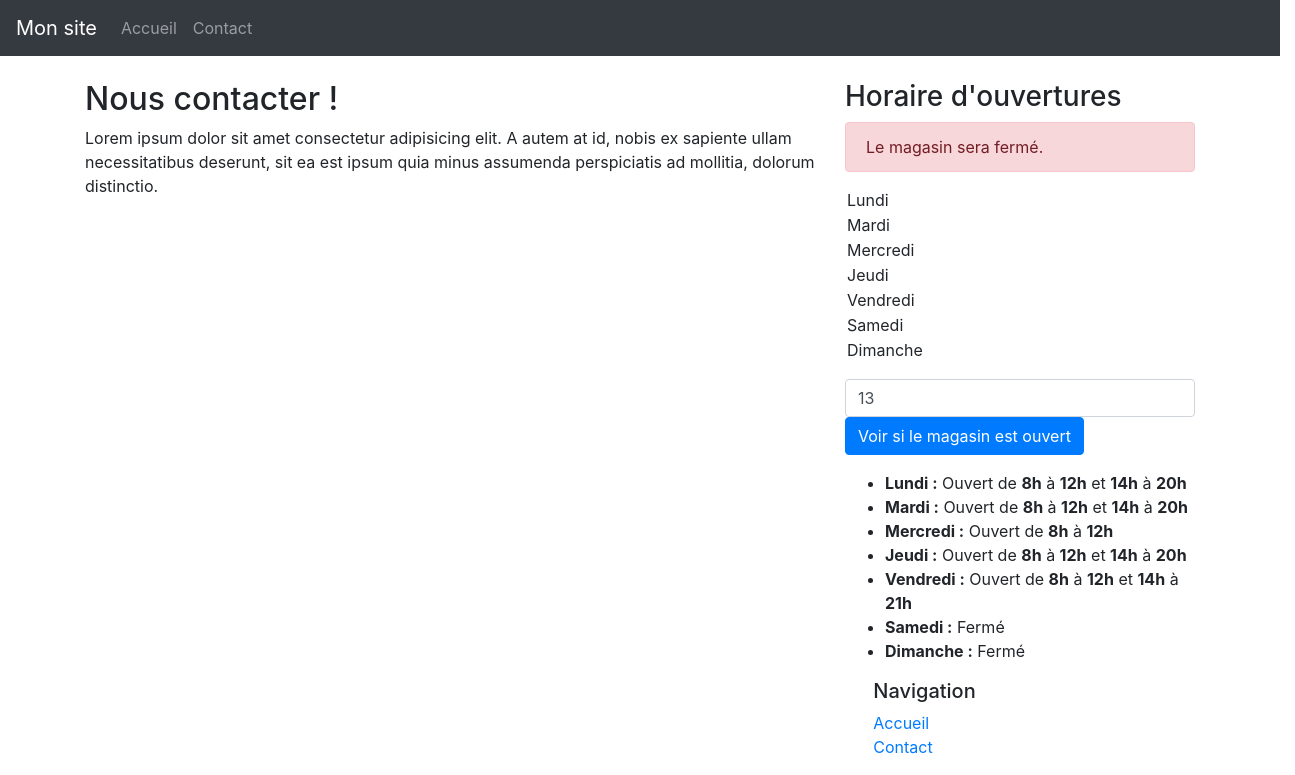
Repository: Alex-Serky/Backend_PHP
Page: http://localhost/contact.php
The author's editor kept a copy of each file at every save. The page is drawn from the files as they stood at one save, then again after the next save.
The browser window is 1280 px wide. The page is 1295 px wide, then 1280 px, then 1295 px, so the pictures cover 1295 px, including what lies to the right of the window. The pictures show the whole page.
Some web libraries are served in a nearby version. The page is run by PHP 8.4 with error messages shown; the project is at /var/www/html/.

Above is the page before, as saved 2020-07-20 23:48:27.

After the next save:
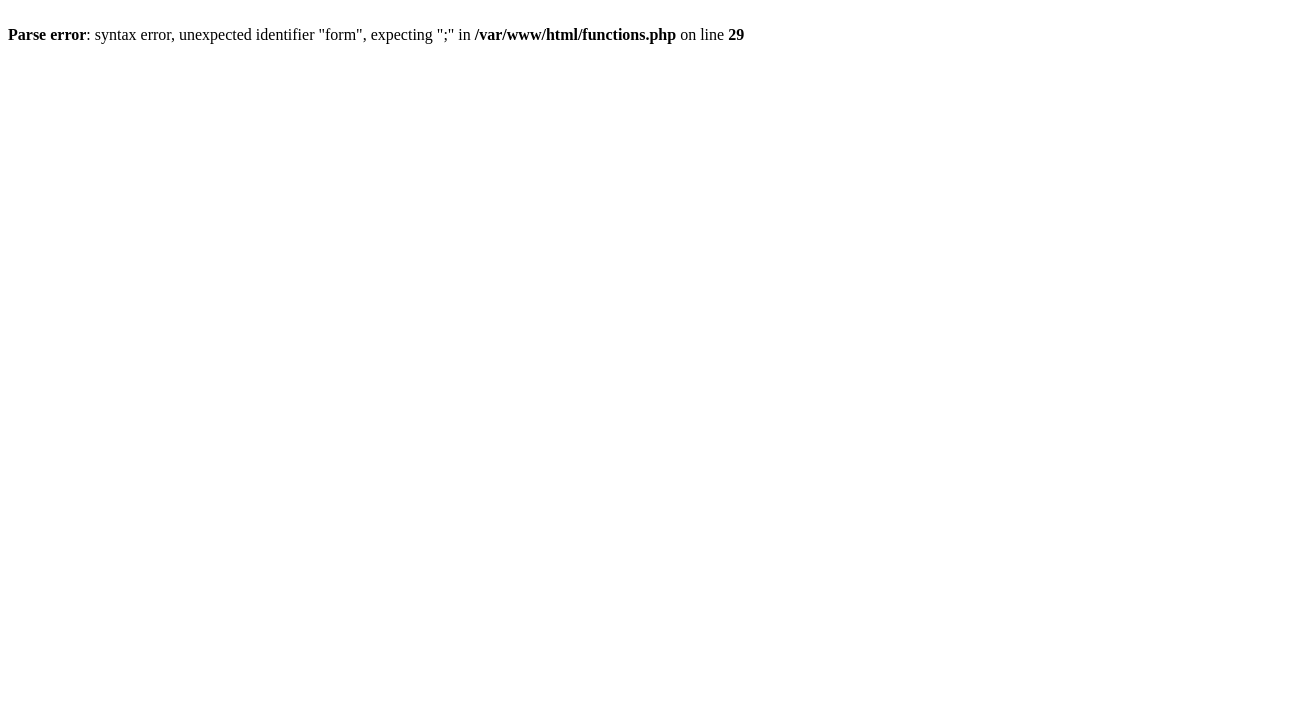
Saved 2 min 57 s later.
--- a/functions.php
+++ b/functions.php
@@ -26,7 +26,7 @@
         $attributes = $k == $value ? ' selected' : '';
         $html_options[] = "<option value='$k'>$option</option>";
     }
-    return implode($html_options);
+    return "<select class="form-control" name="$name">" . implode($html_options) . '</select>';
 }
 
 function dump($variable){

After the save that followed:
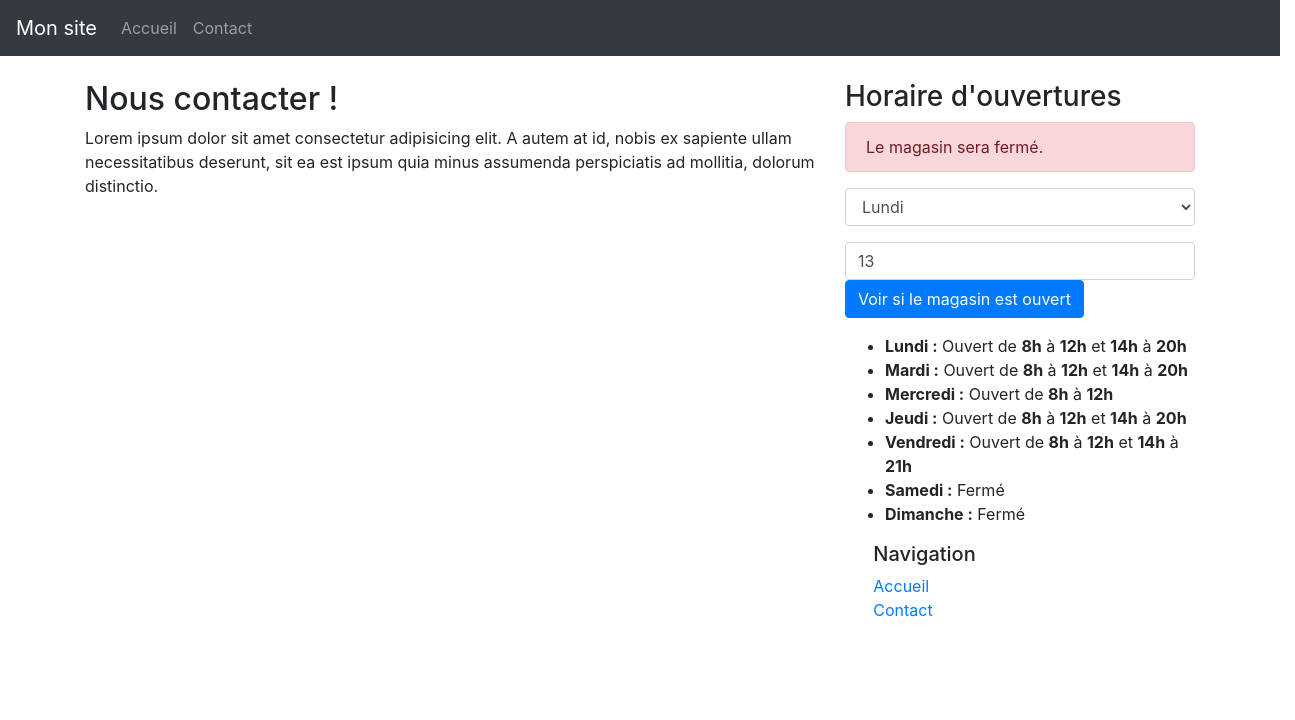
Saved 29 s later.
--- a/functions.php
+++ b/functions.php
@@ -26,7 +26,7 @@
         $attributes = $k == $value ? ' selected' : '';
         $html_options[] = "<option value='$k'>$option</option>";
     }
-    return "<select class="form-control" name="$name">" . implode($html_options) . '</select>';
+    return "<select class='form-control' name='$name'>" . implode($html_options) . '</select>';
 }
 
 function dump($variable){
